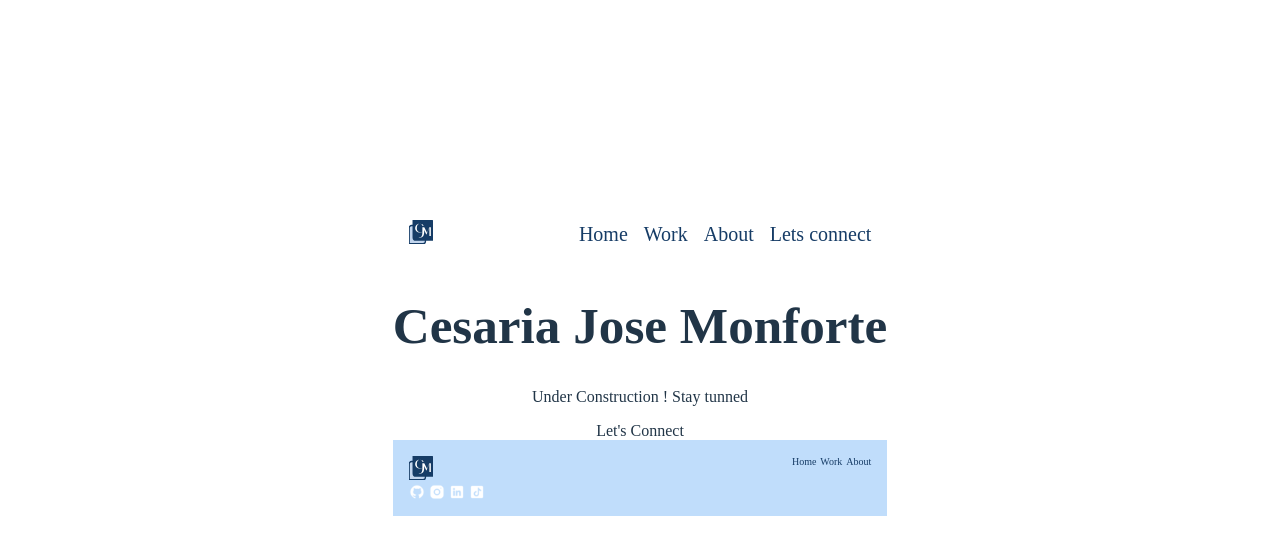
Repository: CesariaMonforte/cesariamonforte
Page: /
These files come from the project's save history. The page is drawn as it stood at one moment and after the next save; the edit follows.
The browser window is 1280 px wide. The pictures show the whole page.
The project was rebuilt for these pictures with package versions that can differ from the ones it lists, and the page was loaded fresh each time. Also part of the build but not shown: vite.config.js, src/_ui/RegButton/RegButton.module.css.

Above is the page before, as saved 2026-01-25 13:03:48.

After the next save:
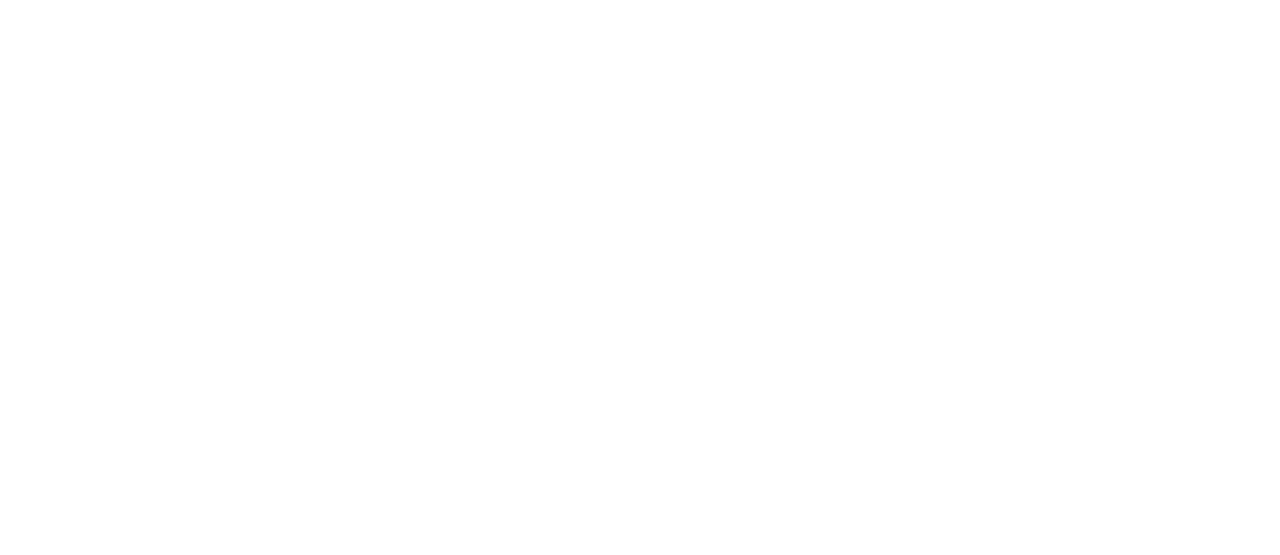
Console error: ReferenceError: handleConnect is not defined
Saved 46 s later.
--- a/src/App.jsx
+++ b/src/App.jsx
@@ -15,7 +15,10 @@
                 <p>Under Construction ! Stay tunned</p>
             </div>
 
-            <RegButton button_text="Let's Connect" />
+            <RegButton
+                button_text="Let's Connect"
+                onclick={handleConnect}
+            />
 
             <Footer />
         </div>

After the save that followed:
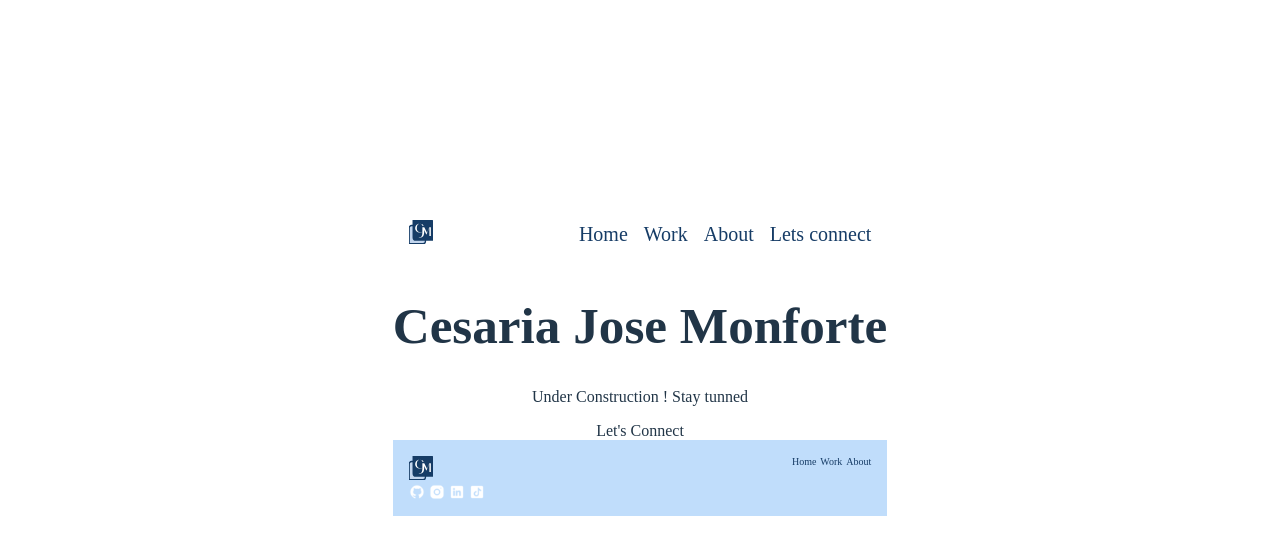
The error is gone.
Saved 22 s later.
--- a/src/App.jsx
+++ b/src/App.jsx
@@ -6,6 +6,8 @@
 import RegButton from "./_ui/RegButton/RegButton";
 
 function App() {
+    function handleConnect() {}
+
     return (
         <div>
             <NavBar />
